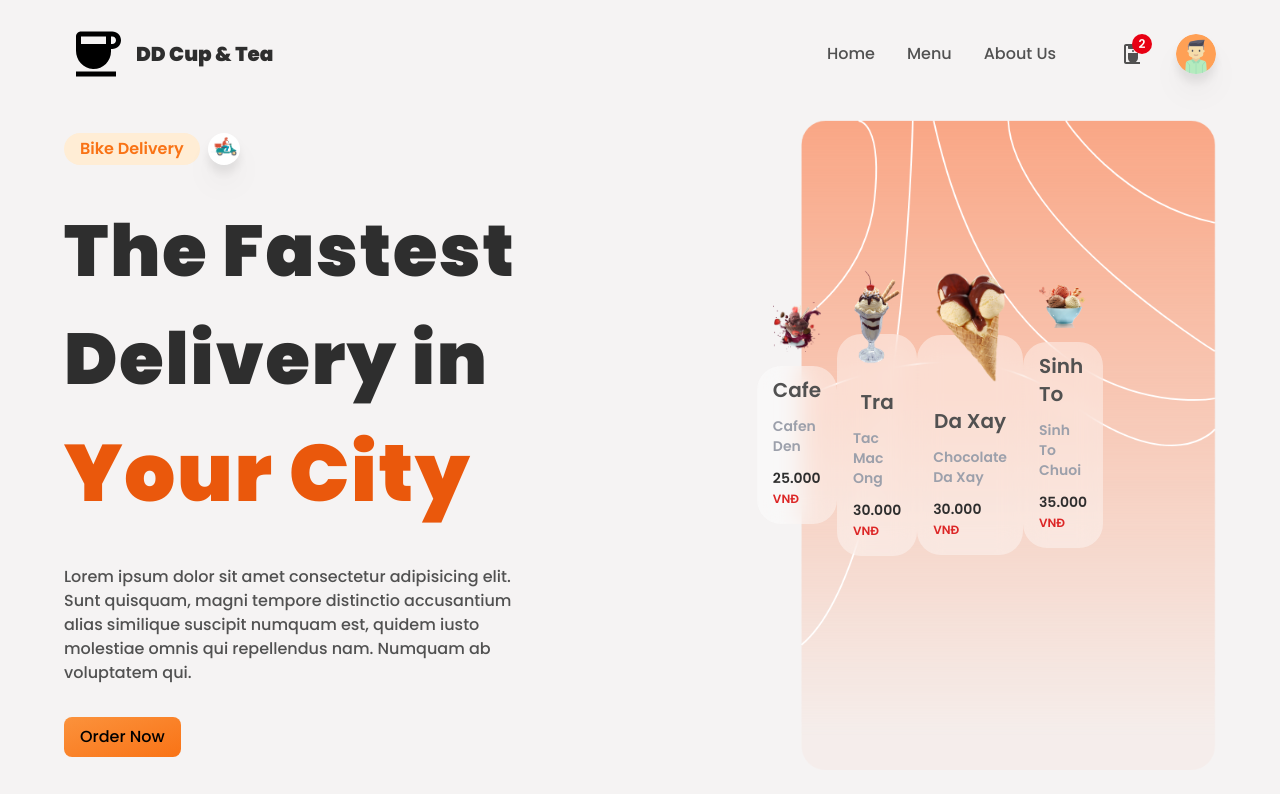
Repository: duongspm/ddcoffee
Page: /
The author's editor kept a copy of each file at every save. The page is drawn from the files as they stood at one save, then again after the next save.
The browser window is 1280 px wide. The pictures show the whole page.
The project was rebuilt for these pictures with package versions that can differ from the ones it lists, and the page was loaded fresh each time. Also part of the build but not shown: src/App.css, src/components/CreateContainer.jsx.

Above is the page before, as saved 2022-07-12 19:59:06.

### src/index.js
import React from 'react';
import ReactDOM from 'react-dom/client';
import './index.css';
import App from './App';
import reportWebVitals from './reportWebVitals';

import { BrowserRouter as Router } from 'react-router-dom';

import { StateProvider } from './context/StateProvider';
import { initialState } from './context/initalState';
import reducer from './context/reducer';

const root = ReactDOM.createRoot(document.getElementById('root'));
root.render(
  <Router>
    <StateProvider initialState={initialState} reducer={reducer}>
      <App />
    </StateProvider>
  </Router>
  // <React.StrictMode>
  //   <App />
  // </React.StrictMode>
);

// If you want to start measuring performance in your app, pass a function
// to log results (for example: reportWebVitals(console.log))
// or send to an analytics endpoint. Learn more: https://bit.ly/CRA-vitals
reportWebVitals();

### src/index.css
/* body {
  margin: 0;
  font-family: -apple-system, BlinkMacSystemFont, 'Segoe UI', 'Roboto', 'Oxygen',
    'Ubuntu', 'Cantarell', 'Fira Sans', 'Droid Sans', 'Helvetica Neue',
    sans-serif;
  -webkit-font-smoothing: antialiased;
  -moz-osx-font-smoothing: grayscale;
}

code {
  font-family: source-code-pro, Menlo, Monaco, Consolas, 'Courier New',
    monospace;
} */

@import url(https://fonts.googleapis.com/css2?family=DM+Sans:ital,wght@0,400;0,500;1,400;1,500&family=Inter:wght@400;500;600&family=Mulish:wght@300&family=Nunito+Sans:wght@200&family=Playfair+Display:wght@700&family=Poppins:wght@500;600;900&family=Quicksand:wght@700&display=swap);
*{
  margin: 0;
  padding: 0;
  box-sizing: border-box;
}
body{
  font-family: 'Poppins', sans-serif, -apple-system, BlinkMacSystemFont, 'Segoe UI', 'Roboto', 'Oxygen',
  'Ubuntu', 'Cantarell', 'Fira Sans', 'Droid Sans', 'Helvetica Neue',
  sans-serif;
}
html, body{
  scroll-behavior: smooth;
  overflow-x: hidden; /*chống tràn*/
}
@tailwind base;
@tailwind components;
@tailwind utilities;

### src/App.js
import './App.css';
import {Route, Routes} from 'react-router-dom';
import MainContainer from './components/MainContainer';
import CreateContainer from './components/CreateContainer';
import { AnimatePresence } from 'framer-motion';

import { Header } from './components';

function App() {
  return (
    <AnimatePresence exitBeforeEnter>
      <div className="w-screen h-auto flex flex-col bg-primary">
        <Header/>
        <main className='mt-14 md:mt-24 px-4 md:px-16 py-4 w-full'>
          <Routes>
            <Route path='/*' element={<MainContainer/>}></Route>
            <Route path='/createItem' element={<CreateContainer/>}></Route>
          </Routes>
        </main>
      </div>
    </AnimatePresence>
  );
}

export default App;

### src/context/StateProvider.js
import React, {createContext, useContext, useReducer} from 'react';
export const StateContext = createContext();
export const StateProvider = ({reducer, initialState, children}) => (
    <StateContext.Provider value={useReducer(reducer, initialState)}>
        {children}
    </StateContext.Provider>
);

export const useStateValue = () => useContext(StateContext);

### src/context/initalState.js
import { fetchUser } from "../utils/fetchLocalStorageData"

const userInfo = fetchUser()

export const initialState = {
    user: null,
}

### src/context/reducer.js
export const actionType = {
    SET_USER: "SET_USER",
};

const reducer = (state, action) => {
    console.log(action);

    switch (action.type){
        case actionType.SET_USER:
            return {
                ...state,
                user: action.user,
            };

        default:
            return state;
    }
};

export default reducer;

### src/components/MainContainer.jsx
import React from 'react';
import HomeContainer from './HomeContainer';

const MainContainer = () => {
    return (
        <div className='w-full h-auto flex flex-col items-center justify-center'>
            <HomeContainer/>
        </div>
    );
};

export default MainContainer;

### src/components/index.js
export {default as Header} from './Header';
export {default as MainContainer} from './MainContainer';
export {default as CreateContainer} from './CreateContainer';
export {default as HomeContainer} from './HomeContainer';

### src/utils/fetchLocalStorageData.js
export const fetchUser = () => {
    const userInfo =
        localStorage.getItem("user") !== "undefined"
        ? JSON.parse(localStorage.getItem("user"))
        : localStorage.clear();
    return userInfo;
}

### src/components/HomeContainer.jsx
import React from 'react';
import delivery from '../assets/imgs/delivery.png';
import HeroBg from '../assets/imgs/heroBg.png';
import heroData from '../utils/data'

const HomeContainer = () => {
    return (
        <section id="home" className='grid grid-cols-1 md:grid-cols-2 gap-2 w-full'>
            <div className='py-2 flex flex-1 flex-col items-start  justify-center gap-8'>
                <div className='flex items-center gap-2 justify-center'>
                    <p className='text-base text-orange-500 font-semibold bg-orange-100 px-4 py-1 rounded-full'>Bike Delivery</p>
                    <div className='w-8 h-8 bg-white rounded-full overflow-hidden drop-shadow-xl'>
                        <img src={delivery} className="w-full h-full object-contain" alt="deli"/>
                    </div>
                </div>
                <p className='text-[2.5rem] font-bold tracking-wide text-headingColor lg:text-[4.5rem]'>The Fastest Delivery in <span className='text-orange-600 text-[3rem] lg:text-[5rem]'>Your City</span></p>
                <p className='text-base text-textColor text-center md:text-left md:w-[80%]'>Lorem ipsum dolor sit amet consectetur adipisicing elit. Sunt quisquam, magni tempore distinctio accusantium alias similique suscipit numquam est, quidem iusto molestiae omnis qui repellendus nam. Numquam ab voluptatem qui.</p>
                <button type='button' className='bg-gradient-to-br from-orange-400 to-orange-500 w-full px-4 py-2 rounded-lg hover:shadow-lg transition-all ease-in-out md:w-auto'>Order Now</button>
            </div>
            <div className='py-2 flex-1 flex items-center relative'>
                <img src={HeroBg} className="ml-auto h-420 w-full lg:w-auto lg:h-650" alt="hero-bg"/>

                <div className='w-full h-full absolute flex items-center justify-center top-0 left-0 px-32 py-4'>
                    {heroData && heroData.map(n => (
                        <div key={n.id} className='w-190 bg-cardOverlay backdrop-blur-md p-4 rounded-3xl flex flex-col items-center justify-center'>
                        <img src={n.imageSrc} className='w-40 -mt-20' alt='i1'/>
                        <p className='text-xl font-semibold text-textColor mt-6'>{n.name}</p>
                        <p className='text-sm font-semibold text-lighttextGray my-3'>{n.decp}</p>
                        <p className='text-sm font-semibold text-headingColor'>{n.price} <span className='text-xs text-red-600'>VNĐ</span></p>
                    </div>
                    ))}
                </div>
            </div>
        </section>
    );
};

export default HomeContainer;

### src/components/Header.jsx
import React, { useState } from 'react';
import {motion} from "framer-motion";
import {Link} from 'react-router-dom';
import {MdCoffee} from 'react-icons/md';
import {MdCoffeeMaker, MdAdd, MdLogout, MdAccountCircle} from 'react-icons/md';
//import Logo from '../assets/imgs/logo-dendo-cocaybua.png';
import Avatar from '../assets/imgs/avatar.png';
import { getAuth, signInWithPopup, GoogleAuthProvider } from "firebase/auth";
import { app } from '../firebase.config';
import { useStateValue } from '../context/StateProvider';
import { actionType } from '../context/reducer';

const Header = () => {
    const firebaseAuth = getAuth(app);
    const provider = new GoogleAuthProvider();

    const [{user}, dispatch] = useStateValue()

    const [isMenu, setIsMenu] = useState(false);

    const login = async () => {
        //đăng nhập rồi click vô avt k hiện đăng nhập nữa
        if(!user)
        {
            const {user: {refreshToken, providerData}} = await signInWithPopup(firebaseAuth, provider);
            dispatch({
                type : actionType.SET_USER,
                user : providerData[0],
            });
            localStorage.setItem("user", JSON.stringify(providerData[0]))
        }else{
            setIsMenu(!isMenu);
        }
    };
    const logout = () => {
        setIsMenu(false);
        localStorage.clear();
        dispatch({
            type: actionType.SET_USER,
            user: null,
        });
    }

    return (
        <header className='fixed z-50 w-screen p-3 px-4 md:p-6 md:px-16'>
            {/* desktop */}
            <div className='hidden md:flex w-full h-full items-center justify-between'>
                <Link to={"/"} className='flex items-center gap-2'>
                    {/* <img src={Logo} className="w-16 object-cover" alt="Logo nef"/> */}
                    <MdCoffee className='w-16 object-cover cursor-pointer text-6xl hover:text-cartNumBg'></MdCoffee>
                    <motion.p whileTap={{scale: 0.6}}  className='text-headingColor text-xl font-bold'>DD Cup & Tea</motion.p>
                </Link>
                <div className='flex items-center gap-8'> {/* bo ra ngoai div nay thi no se nam giua */}
                    <motion.ul
                        initial={{opacity: 0, x: 200}}
                        animate={{opacity: 1, x: 0}}
                        exit={{opacity: 0, x: 200}}
                        className="flex items-center gap-8 ">
                        <li className='text-base text-textColor hover:text-cartNumBg duration-100 transition-all ease-in-out cursor-pointer'>Home</li>
                        <li className='text-base text-textColor hover:text-cartNumBg duration-100 transition-all ease-in-out cursor-pointer'>Menu</li>
                        <li className='text-base text-textColor hover:text-cartNumBg duration-100 transition-all ease-in-out cursor-pointer'>About Us</li>
                    </motion.ul>
                    <div className='relative flex items-center justify-center'>
                        <MdCoffeeMaker className='text-textColor text-2xl ml-8 cursor-pointer'></MdCoffeeMaker>
                        <div className='absolute -top-2 -right-2 w-5 h-5 rounded-full bg-cartNumBg flex items-center justify-center'>
                            <p className='text-xs text-white font-semibold'>2</p>
                        </div>
                    </div>
                    <div className='relative'>
                        <motion.img whileTap={{scale: 0.6}} className='w-10 min-w-[40px] h-10 min-h-[40px] drop-shadow-xl rounded-full' src={user ? user.photoURL : Avatar} alt="avata nguoi dung"
                        onClick={login}/>
                        {/* Menu In4 */}
                        {
                            isMenu &&
                            (
                                <motion.div
                                    initial={{opacity: 0, scale: 0.6}}
                                    animate={{opacity: 1, scale: 1}}
                                    exit={{opacity: 0, scale: 0.6}}
                                    className='w-40 bg-gray-50 shadow-xl rounded-lg absolute flex flex-col top-12 right-0'>
                                    {
                                        user && user.email === "tranvanduong10a22016bb@gmail.com" && (
                                            <Link to={'/createItem'}>
                                                <p className='px-4 py-2 flex items-center gap-3 cursor-pointer hover:bg-slate-100 transition-all duration-100 ease-in-out text-textColor text-base '><MdAdd/> New Item </p>
                                            </Link>
                                        )
                                    }
                                    <Link to={'/info'}>
                                        <p className='px-4 py-2 flex items-center gap-3 cursor-pointer hover:bg-slate-100 transition-all duration-100 ease-in-out text-textColor text-base'><MdAccountCircle/>{user ? user.displayName : 'In4'} </p>
                                    </Link>
                                    <hr/>
                                    <p className='px-4 py-2 flex items-center gap-3 cursor-pointer hover:bg-slate-100 transition-all duration-100 ease-in-out text-textColor text-base' onClick={logout}><MdLogout/> Logout </p>
                                </motion.div>
                            )
                        }
                        {/* End Menu In4 */}
                    </div>
                </div>
            </div>
            {/* mobile */}
            <div className='flex items-center justify-between md:hidden w-full h-full'>
                <div className='relative flex items-center justify-center'>
                    <MdCoffeeMaker className='text-textColor text-2xl ml-8 cursor-pointer'></MdCoffeeMaker>
                    <div className='absolute -top-2 -right-2 w-5 h-5 rounded-full bg-cartNumBg flex items-center justify-center'>
                        <p className='text-xs text-white font-semibold'>2</p>
                    </div>
                </div>
                <Link to={"/"} className='flex items-center gap-2'>
                    {/* <img src={Logo} className="w-16 object-cover" alt="Logo nef"/> */}
                    <MdCoffee className='w-16 object-cover cursor-pointer text-6xl hover:text-cartNumBg'></MdCoffee>
                    <motion.p whileTap={{scale: 0.6}}  className='text-headingColor text-xl font-bold'>DD Cup & Tea</motion.p>
                </Link>

                <div className='relative'>
                        <motion.img whileTap={{scale: 0.6}} className='w-10 min-w-[40px] h-10 min-h-[40px] drop-shadow-xl rounded-full' src={user ? user.photoURL : Avatar} alt="avata nguoi dung"
                        onClick={login}/>
                        {/* Menu In4 */}
                        {
                            isMenu &&
                            (
                                <motion.div
                                    initial={{opacity: 0, scale: 0.6}}
                                    animate={{opacity: 1, scale: 1}}
                                    exit={{opacity: 0, scale: 0.6}}
                                    className='w-40 bg-gray-50 shadow-xl rounded-lg absolute flex flex-col top-12 right-0'>
                                    {
                                        user && user.email === "tranvanduong10a22016bb@gmail.com" && (
                                            <Link to={'/createItem'}>
                                                <p className='px-4 py-2 flex items-center gap-3 cursor-pointer hover:bg-slate-100 transition-all duration-100 ease-in-out text-textColor text-base justify-center'><MdAdd/> New Item </p>
                                            </Link>
                                        )
                                    }
                                    <ul className="flex flex-col">
                                        <li className='text-base text-textColor hover:text-cartNumBg duration-100 transition-all ease-in-out cursor-pointer hover:bg-slate-100 px-4 py-2'>Home</li>
                                        <li className='text-base text-textColor hover:text-cartNumBg duration-100 transition-all ease-in-out cursor-pointer hover:bg-slate-100 px-4 py-2'>Menu</li>
                                        <li className='text-base text-textColor hover:text-cartNumBg duration-100 transition-all ease-in-out cursor-pointer hover:bg-slate-100 px-4 py-2'>About Us</li>
                                    </ul>
                                    <hr/>
                                    <Link to={'/info'}>
                                        <p className='px-4 py-2 flex items-center gap-3 cursor-pointer hover:bg-slate-100 transition-all duration-100 ease-in-out text-textColor text-base justify-center'><MdAccountCircle/> In4 </p>
                                    </Link>
                                    <hr/>
                                    <p className='m-2 p-2 rounded-md shadow-md flex items-center gap-3 cursor-pointer hover:bg-slate-300 transition-all duration-100 ease-in-out text-textColor text-base justify-center bg-gray-200 ' onClick={logout}><MdLogout/> Logout </p>
                                </motion.div>
                            )
                        }
                        {/* End Menu In4 */}
                    </div>
            </div>
        </header>
    );
};

export default Header;

### src/utils/data.js
import I1 from '../assets/imgs/i1.png';
import I2 from '../assets/imgs/i2.png';
import I3 from '../assets/imgs/i3.png';
import I4 from '../assets/imgs/i4.png';
const heropData = [
    {id : 1, name: 'Cafe', decp : 'Cafen Den', price : '25.000', imageSrc : I1},
    {id : 2, name: 'Tra', decp : 'Tac Mac Ong', price : '30.000', imageSrc : I2},
    {id : 3, name: 'Da Xay', decp : 'Chocolate Da Xay', price : '30.000', imageSrc : I3},
    {id : 4, name: 'Sinh To', decp : 'Sinh To Chuoi', price : '35.000', imageSrc : I4},
]
export default heropData;

### src/firebase.config.js
import {getApp, getApps, initializeApp} from 'firebase/app';
import {getFirestore} from 'firebase/firestore';
import {getStorage} from 'firebase/storage';

const firebaseConfig = {
    apiKey : "AIzaSyAiraH4JLA5tCdJ0jHuDoW_0qsknKtMiQc" ,
    authDomain : "ddcoffee-35878.firebaseapp.com" ,
    databaseURL : "https://ddcoffee-35878-default-rtdb.firebaseio.com" ,
    projectId : "ddcoffee-35878" ,
    storageBucket : "ddcoffee-35878.appspot.com" ,
    messagingSenderId : "404922796023" ,
    appId : "1:404922796023:web:4717a230c36f3a24a4d0f2"
    };

    const app = getApps.length > 0 ? getApp() : initializeApp(firebaseConfig);

    const firestore = getFirestore(app);
    const storage = getStorage(app);

    export {app, firestore, storage};

### tailwind.config.js
/** @type {import('tailwindcss').Config} */
module.exports = {
  content: [
    "./src/**/*.{js,jsx,ts,tsx}",
  ],
  theme: {
    extend: {
      margin: {
        320: "320px",
      },
      width: {
        150: "150px",
        190: "190px",
        225: "225px",
        275: "275px",
        300: "300px",
        340: "340px",
        350: "350px",
        375: "375px",
        460: "460px",
        656: "656px",
        880: "880px",
        508: "508px",
      },
      height: {
        80: "80px",
        150: "150px",
        225: "225px",
        300: "300px",
        340: "340px",
        370: "370px",
        420: "420px",
        510: "510px",
        600: "600px",
        650: "650px",
        685: "685px",
        800: "800px",
        "90vh": "90vh",
      },
      minWidth: {
        210: "210px",
        350: "350px",
        620: "620px",
      },
      colors: {
        headingColor:"#2e2e2e",
        textColor:"#515151",
        cartNumBg:"#e80013",
        primary:"#f5f3f3",
        // textColor: "#101010",
        // activeText: "#D6230A",
        gradientBg: "rgba(116, 249, 105,0.4)",
        // whiteAlpha: "rgba(255,255,255,0.2)",
        // cardColor: "#f5f5f5",
        // cartBg: "#282a2c",
        // cartItem: "#2e3033",
        // cartTotal: "#343739",
        cardOverlay: "rgba(256,256,256,0.4)",
        lighttextGray:"#9ca0ab",
      },
      screens: {
        sm: "640px",
        md: "768px",
        lg: "1024px",
        xl: "1280px",
        "2xl": "1536px",
      },
    },
  },
  plugins: [],
}

Loaded but not shown: public/index.html (common file); src/reportWebVitals.js (common file)

After the next save:
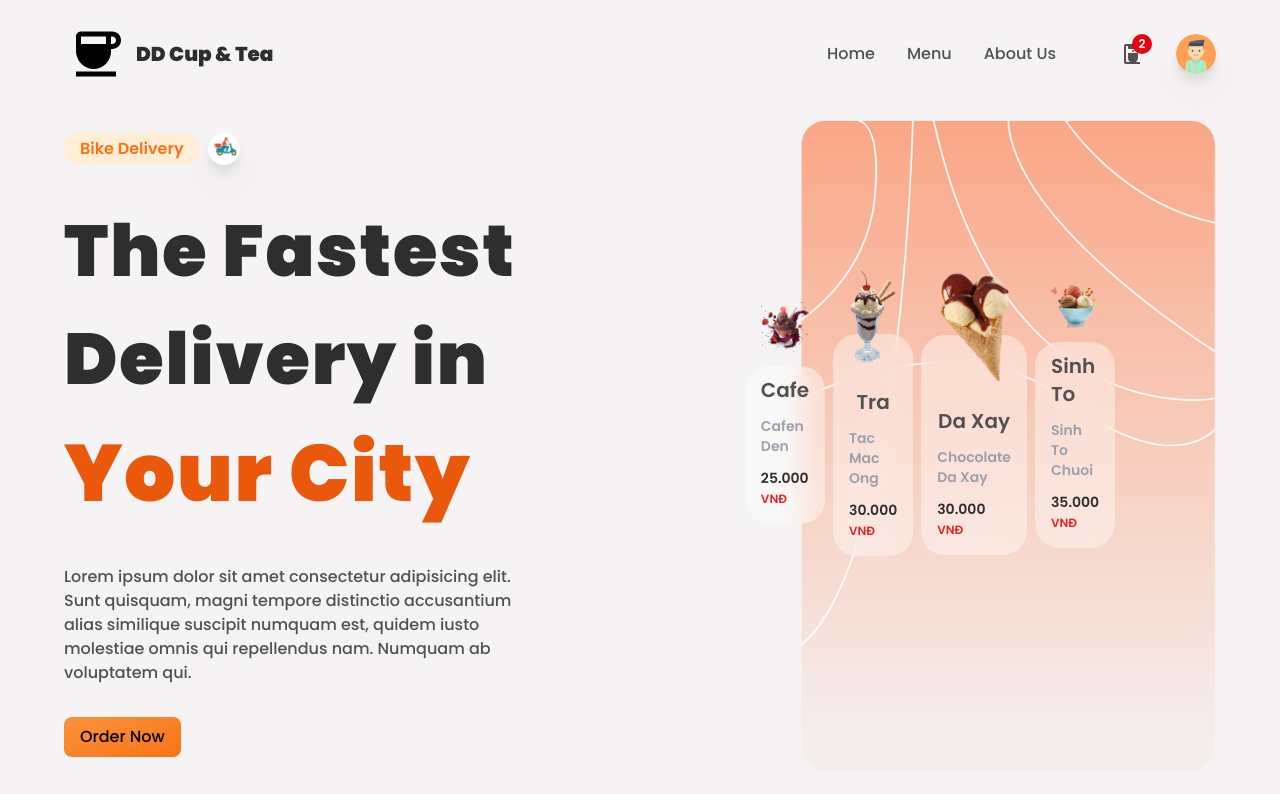
Saved 92 s later.
--- a/src/components/HomeContainer.jsx
+++ b/src/components/HomeContainer.jsx
@@ -20,7 +20,7 @@ const HomeContainer = () => {
             <div className='py-2 flex-1 flex items-center relative'>
                 <img src={HeroBg} className="ml-auto h-420 w-full lg:w-auto lg:h-650" alt="hero-bg"/>
 
-                <div className='w-full h-full absolute flex items-center justify-center top-0 left-0 px-32 py-4'>
+                <div className='w-full h-full absolute flex items-center justify-center top-0 left-0 px-32 py-4 gap-2'>
                     {heroData && heroData.map(n => (
                         <div key={n.id} className='w-190 bg-cardOverlay backdrop-blur-md p-4 rounded-3xl flex flex-col items-center justify-center'>
                         <img src={n.imageSrc} className='w-40 -mt-20' alt='i1'/>
